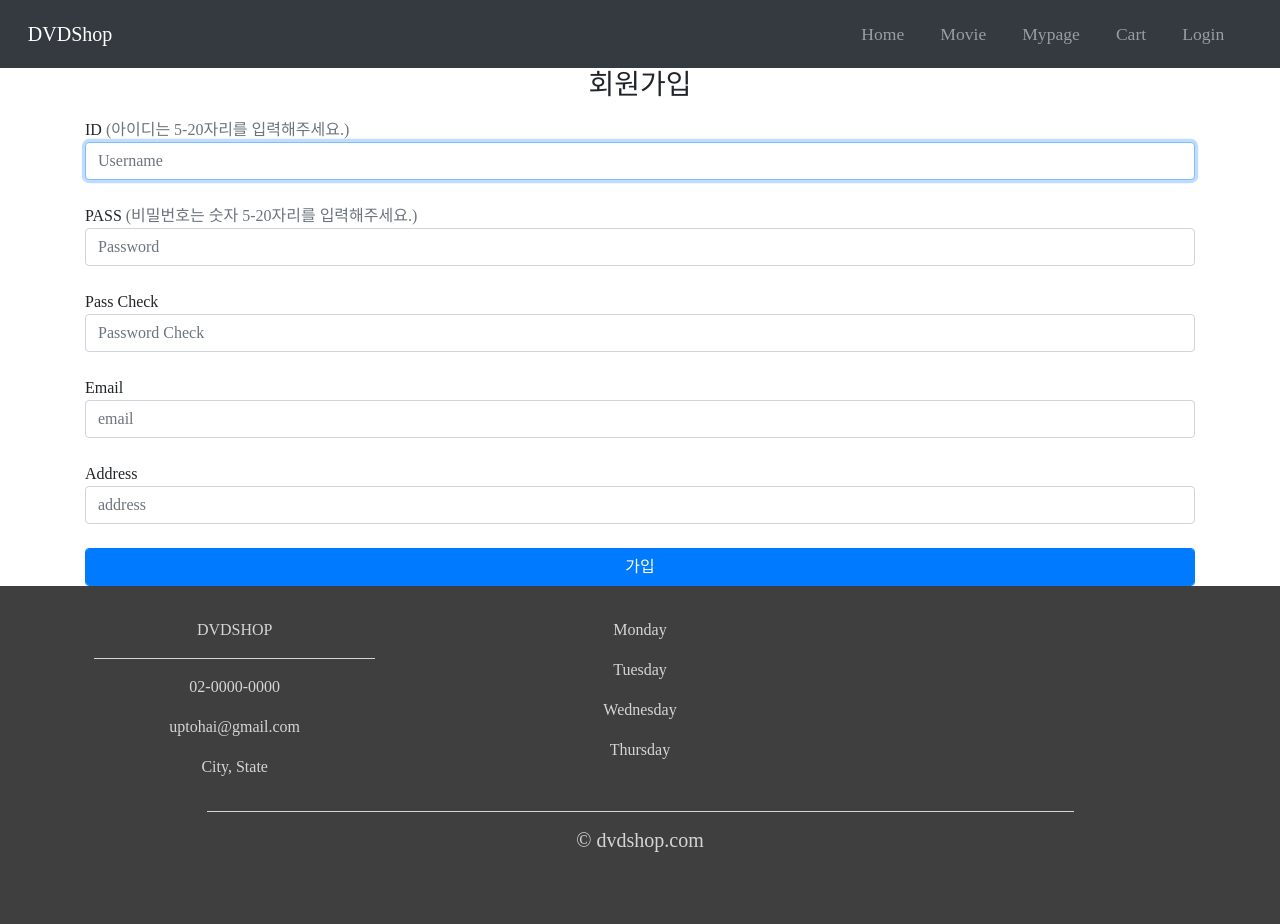
Repository: afterup/dvdshop
Page: http://localhost/shop_project/view/user/join.jsp
An editor plug-in stored every save of this project. The page is shown before and after the next save, followed by the edit.
The browser window is 1280 px wide. The pictures show the whole page.
The page is served by Tomcat 9. Other server files are loaded and not shown.

Above is the page before, as saved 2019-08-14 07:03:50.

### shop_project/WebContent/view/user/join.jsp
<%@ page language="java" contentType="text/html; charset=UTF-8"
    pageEncoding="UTF-8"%>
<!DOCTYPE html>
<html lang="en">

<head>
    <meta charset="UTF-8">
    <meta name="viewport" content="width=device-width, initial-scale=1.0">
    <meta http-equiv="X-UA-Compatible" content="ie=edge">
    <title>Document</title>
    <!-- 부트스트랩 css-->
    <link rel="stylesheet" href="https://stackpath.bootstrapcdn.com/bootstrap/4.3.1/css/bootstrap.min.css"
        integrity="sha384-ggOyR0iXCbMQv3Xipma34MD+dH/1fQ784/j6cY/iJTQUOhcWr7x9JvoRxT2MZw1T" crossorigin="anonymous">
    <!-- 사용자 css-->
    <link rel="stylesheet" href="css/style.css">
	<script type="text/javascript" src="./js/validCheck.js" ></script>
</head>


<body>
    <!-- Navigation -->
	<%@ include file="/view/common/header.jsp" %>

    <!-- main-->

    <div class="container">
        <div class="">
            <div class="panel panel-successs">
                <div class="panel-heading">
                    <h3 class="mb-3 text-center">회원가입</h3>
                </div>
                <div class="panel-body">
                    <form name="frm" action="movie?action=joinAction" method="POST">
                        ID <span class="text-muted">(아이디는 5-20자리를 입력해주세요.)</span><br>
                        <input type="text" class="form-control mb-4" name="id" placeholder="Username" autofocus>
                        PASS <span class="text-muted">(비밀번호는 숫자 5-20자리를 입력해주세요.)</span><br>
                        <input type="password" class="form-control mb-4" name="pass" placeholder="Password">
                        Pass Check<br>
                        <input type="password" class="form-control mb-4" name="passCK" placeholder="Password Check">
                        Email <br>
                        <input type="text" class="form-control mb-4" name="email" placeholder="email">
                        Address <br>
                        <input type="text" class="form-control mb-4" name="address" placeholder="address">
                        <button type="button" class="form-control btn btn-primary" onclick="validateCheck()">가입</button>
                    </form>
                </div>
            </div>
        </div>
    </div>



    <!-- Footer -->
	<%@ include file="/view/common/footer.jsp" %>


    <!-- 부트스트랩 -->
    <script src="https://code.jquery.com/jquery-3.3.1.slim.min.js"
        integrity="sha384-q8i/X+965DzO0rT7abK41JStQIAqVgRVzpbzo5smXKp4YfRvH+8abtTE1Pi6jizo" crossorigin="anonymous">
    </script>
    <script src="https://cdnjs.cloudflare.com/ajax/libs/popper.js/1.14.7/umd/popper.min.js"
        integrity="sha384-UO2eT0CpHqdSJQ6hJty5KVphtPhzWj9WO1clHTMGa3JDZwrnQq4sF86dIHNDz0W1" crossorigin="anonymous">
    </script>
    <script src="https://stackpath.bootstrapcdn.com/bootstrap/4.3.1/js/bootstrap.min.js"
        integrity="sha384-JjSmVgyd0p3pXB1rRibZUAYoIIy6OrQ6VrjIEaFf/nJGzIxFDsf4x0xIM+B07jRM" crossorigin="anonymous">
    </script>
</body>


</html>

### shop_project/WebContent/view/common/header.jsp
<%@ page language="java" contentType="text/html; charset=UTF-8"
    pageEncoding="UTF-8"%>
<!DOCTYPE html>
<html>
<head>
<meta charset="UTF-8">
<title>Insert title here</title>
</head>
<body>

	<!-- Navigation -->
    <nav class="navbar navbar-expand-md navbar-dark bg-dark sticky-top">
        <div class="container-fluid">
            <a href="movie" class="navbar-brand">DVDShop</a>
            <button class="navbar-toggler" type="button" data-toggle="collapse" data-target="#navbarResponsive">
                <span class="navbar-toggler-icon"></span>
            </button>
            <div class="collapse navbar-collapse" id="navbarResponsive">
                <ul class="navbar-nav ml-auto">
                    <li class="nav-item"><a class="nav-link" href="movie">Home</a></li>
                    <li class="nav-item"><a class="nav-link" href="movie?action=moviePage">Movie</a></li>
                    <li class="nav-item"><a class="nav-link" href="movie?action=mypage">Mypage</a></li>
                    <li class="nav-item"><a class="nav-link" href="movie?action=cart">Cart</a></li>

                   <%
                   	String id = (String)request.getSession().getAttribute("id");
                   	System.out.print("id="+id);
                   	if(id == null){
                   %>
                    <li class="nav-item"><a href="movie?action=login" class="nav-link">Login</a></li>
               	   <%
                   	}else{
               	   %>
                    <li class="nav-item"><a href="movie?action=logout" class="nav-link">Logout</a></li>
               	   <%
                   	}
               	   %>
                </ul>
            </div>
        </div>
    </nav>

</body>
</html>

### shop_project/WebContent/view/common/footer.jsp
<%@ page language="java" contentType="text/html; charset=UTF-8"
    pageEncoding="UTF-8"%>
<!DOCTYPE html>
<html>
<head>
<meta charset="UTF-8">
<title>Insert title here</title>
</head>
<body>
    <footer>
        <div class="container-fluid padding">
            <div class="row text-center">
                <div class="col-md-4">
                    DVDSHOP
                    <hr class="light">
                    <p>02-0000-0000</p>
                    <p>uptohai@gmail.com</p>
                    <p>City, State</p>
                </div>
                <div class="col-md-4">
                    <p>Monday</p>
                    <p>Tuesday</p>
                    <p>Wednesday</p>
                    <p>Thursday</p>
                </div>
            </div>
            <div class="col-12">
                <hr class="light">
                <h5 class="text-center">&copy; dvdshop.com</h5>
            </div>
        </div>
    </footer>

</body>
</html>

### shop_project/WebContent/css/style.css
html,
body {
    height: 100%;
    width: 100%;
    font-family: "sans-serif";
}

img {
    width: 100%;
}

#adminPage {
    background-color: rgb(250, 249, 242);
}

.navbar {
    padding: .8rem;
}

.navbar-nav li {
    padding-right: 20px;
}

.nav-link {
    font-size: 1.1em !important;
}

.carousel-inner img {
    width: 100%;
    height: 100%;
}

.btn-info {
    background-color: rgb(57, 55, 66);
    color: rgb(240, 240, 240);
    border-color: rgb(57, 55, 66);
}

.jumbotron {
    padding: 1rem;
}

.padding {
    padding-bottom: 2rem;
}

footer {
    background-color: #3f3f3f;
    color: #d5d5d5;
    padding: 2rem;
}

hr.light {
    border-top: 1px solid #d5d5d5;
    width: 75%;
}

### shop_project/WebContent/js/validCheck.js

function validateCheck(){
    	 var f = document.frm;//f== 폼 엘리먼트 객체

    	//정규식 정의
    	var idExp = /^[a-zA-Z0-9]{5,20}$/;
    	var emailExp = /^[a-zA-Z0-9]+@[a-zA-Z]+\.[a-zA-Z]+$/;
    	var telExp =/^[0-9]{7,13}$/
    	var passExp =/^[0-9]{5,20}$/


    	if(f.id.value==""){
        		alert('아이디를 입력해주세요.');
        		f.id.focus();
        		return;
    	}else if(!idExp.test(f.id.value)){
    		alert('아이디 5-20자리를 입력해주세요.');
    		f.id.focus();
    		return;
    	}else if(f.pass.value==""){
    		alert('비밀번호를 입력해주세요.');
    		f.pass.focus();
    		return;
    	}else if(!passExp.test(f.pass.value)){
    		alert('비밀번호는 숫자 5자리 숫자로 기입해주세요.');
    		console.log(f.contents.value);
    		f.pass.focus();
    		return;
    	}else if(f.email.value==""){
    		alert('이메일을 입력해주세요.');
    		f.writer.focus();
    		return;
    	}else if(!emailExp.test(f.email.value)){
    		 alert('유효하지 않는 이메일 형식입니다')
    		 f.email.value=''
    		 f.email.focus()
    		 return;

		}else if(f.address.value == ""){
			alert('주소를 입력해주세요.');
			f.address.focus();
			return;
    	}else{
    		alert('가입을 환영합니다.');
    		f.submit();
    	}
      }//validateCheck()

After the next save:
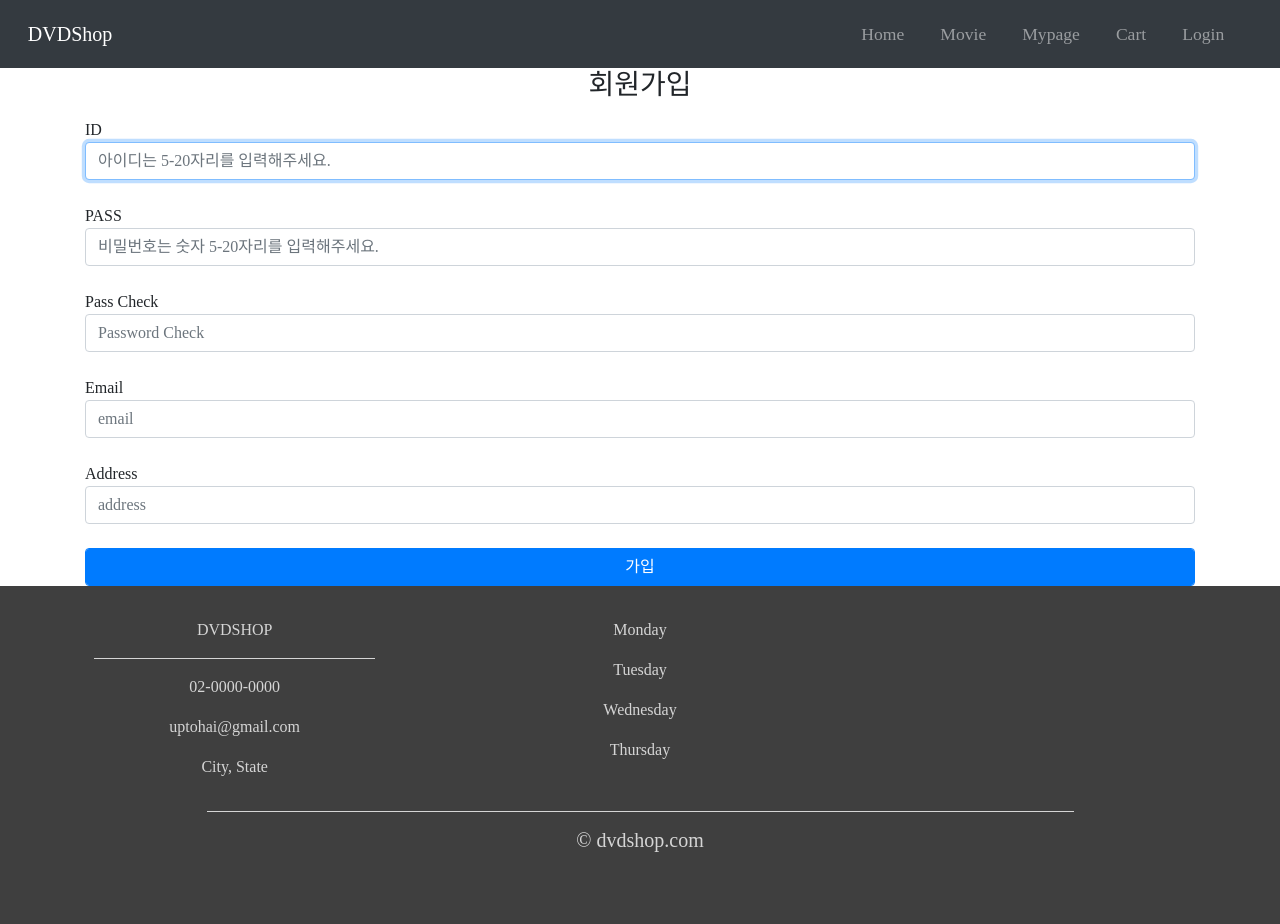
Saved 56 s later.
--- a/shop_project/WebContent/view/user/join.jsp
+++ b/shop_project/WebContent/view/user/join.jsp
@@ -31,10 +31,10 @@
                 </div>
                 <div class="panel-body">
                     <form name="frm" action="movie?action=joinAction" method="POST">
-                        ID <span class="text-muted">(아이디는 5-20자리를 입력해주세요.)</span><br>
-                        <input type="text" class="form-control mb-4" name="id" placeholder="Username" autofocus>
-                        PASS <span class="text-muted">(비밀번호는 숫자 5-20자리를 입력해주세요.)</span><br>
-                        <input type="password" class="form-control mb-4" name="pass" placeholder="Password">
+                        ID<br>
+                        <input type="text" class="form-control mb-4" name="id" placeholder="아이디는 5-20자리를 입력해주세요." autofocus>
+                        PASS<br>
+                        <input type="password" class="form-control mb-4" name="pass" placeholder="비밀번호는 숫자 5-20자리를 입력해주세요.">
                         Pass Check<br>
                         <input type="password" class="form-control mb-4" name="passCK" placeholder="Password Check">
                         Email <br>
